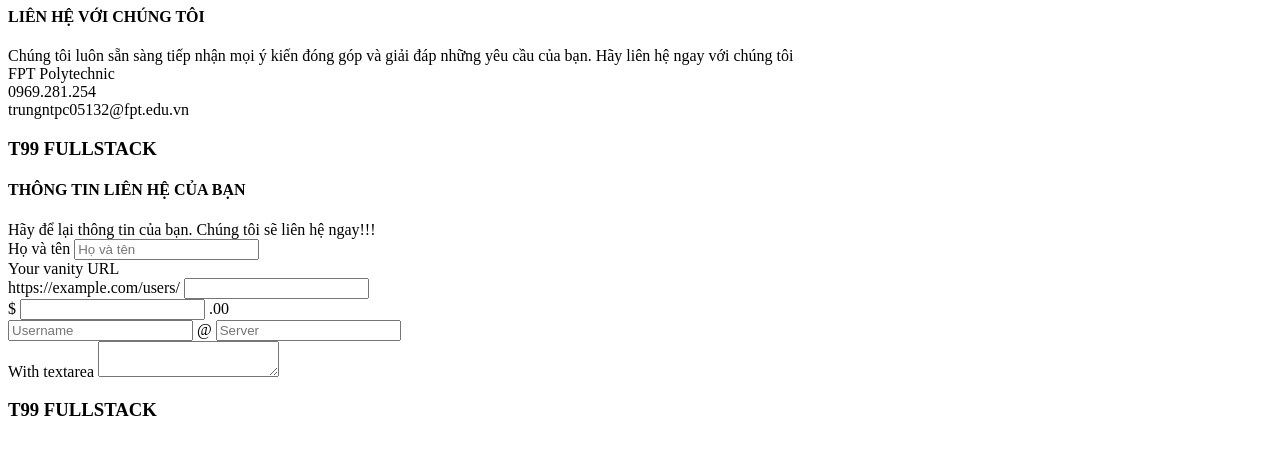
Repository: tuandh111/Java-6-asm
Page: Front-end/Java_6_asm/templates/contact.html
These files come from the project's save history. The page is drawn as it stood at one moment and after the next save; the edit follows.
The browser window is 1280 px wide. The pictures show the whole page.

Above is the page before, as saved 2023-10-07 11:28:45.

After the next save:
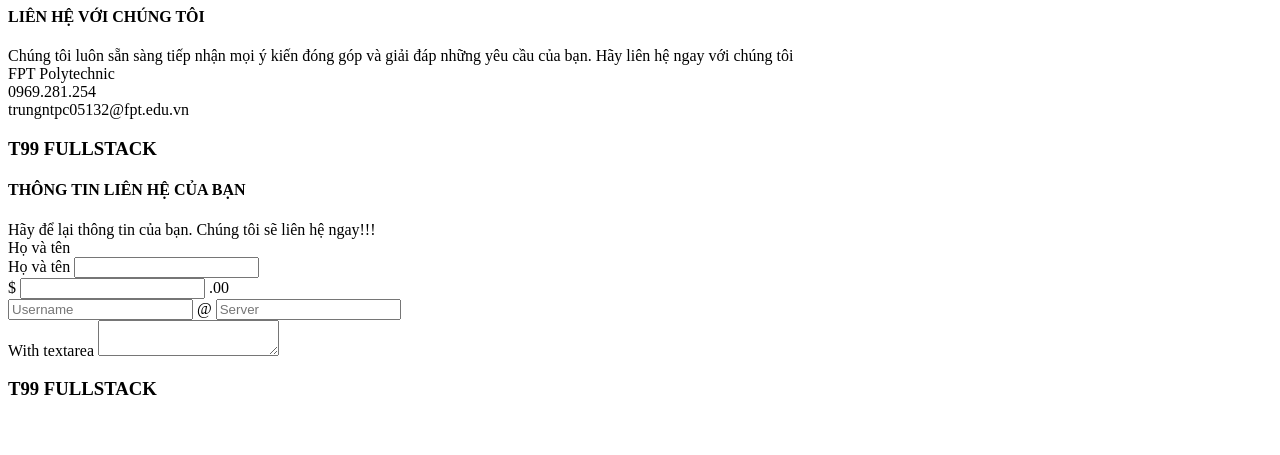
Saved 46 s later.
--- a/Front-end/Java_6_asm/templates/contact.html
+++ b/Front-end/Java_6_asm/templates/contact.html
@@ -46,15 +46,10 @@
                         </div>
                     </div>
                     <div class="card-body">
+
+                        <label for="basic-url" class="form-label">Họ và tên</label>
                         <div class="input-group mb-3">
-                            <span class="input-group-text" id="basic-addon2">Họ và tên</span>
-                            <input type="text" class="form-control" placeholder="Họ và tên"
-                                aria-label="Họ và tên" aria-describedby="basic-addon2">
-                        </div>
-
-                        <label for="basic-url" class="form-label">Your vanity URL</label>
-                        <div class="input-group mb-3">
-                            <span class="input-group-text" id="basic-addon3">https://example.com/users/</span>
+                            <span class="input-group-text" id="basic-addon3">Họ và tên</span>
                             <input type="text" class="form-control" id="basic-url" aria-describedby="basic-addon3">
                         </div>
 
